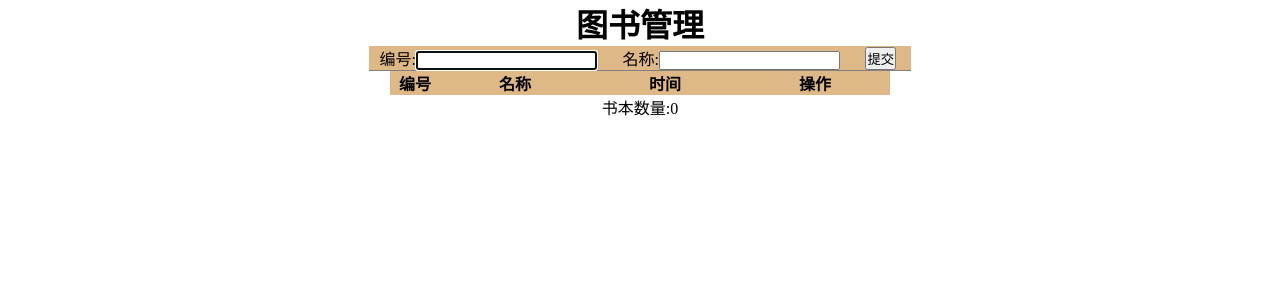
Repository: chenguocan/Vue_axios
Page: mybook/public/books.html
These files come from the project's save history. The page is drawn as it stood at one moment and after a run of saves; the edit follows.
The browser window is 1280 px wide. The pictures show the whole page.
The page's requests for data from a server got no answer.

Above is the page before, as saved 2020-07-25 15:30:17.
Console error: ReferenceError: alter is not defined

### mybook/public/books.html
<!DOCTYPE html>
<html lang="en">
  <head>
    <meta charset="UTF-8" />
    <meta name="viewport" content="width=device-width, initial-scale=1.0" />
    <title>Document</title>
    <link rel="stylesheet" type="text/css" href="css/index.css" />
  </head>
  <body>
    <div id="app">
      <div class="book">
        <h1>图书管理</h1>
        <div class="user">
          <table>
            <tr>
              <td>
                编号:<input
                  type="text"
                  name="id"
                  v-model="addid"
                  v-bind:disabled="flag"
                  v-focus
                />
              </td>
              <td>
                名称:<input
                  type="text"
                  name="bookname"
                  v-model.lazy="addbook"
                />
              </td>
              <td>
                <button v-on:click="AddBook" v-bind:disabled="btn">提交</button>
                <p>{{tip}}</p>
              </td>
            </tr>
          </table>
        </div>
        <div class="bookmsg">
          <table>
            <thead>
              <tr>
                <th width="50">编号</th>
                <th width="150">名称</th>
                <th width="150">时间</th>
                <th width="150">操作</th>
              </tr>
            </thead>
            <tbody>
              <tr :key="item.id" v-for="(item,index) in book">
                <td>{{item.id}}</td>
                <td>{{item.name}}</td>
                <td>{{item.date | format('yyyy-MM-DD hh:mm:ss')}}</td>
                <td>
                  <a href="#" @click.prevent="revise(index)">修改</a>|<a
                    href=""
                    @click.prevent="del(index)"
                    >删除</a
                  >
                </td>
              </tr>
            </tbody>
          </table>
        </div>
        <div><span>书本数量:{{caculatorBook}}</span></div>
      </div>
    </div>
  </body>
  <script src="./js/vue.js"></script>
  <script src="./js/axios.js"></script>
  <script>
    //设置基准地址
    axios.defaults.baseURL = "http://localhost:3000";
    //设置拦截器
    axios.interceptors.response.use(
      function (res) {
        return res.data;
      },
      function (error) {
        alter("数据出错");
      }
    );
    Vue.directive("focus", {
      inserted: function (el) {
        el.focus();
        //console.log(el);
      },
    });
    Vue.filter("format", function (value, arg) {
      function dateFormat(date, format) {
        if (typeof date === "string") {
          var mts = date.match(/(\/Date\((\d+)\)\/)/);
          if (mts && mts.length >= 3) {
            date = parseInt(mts[2]);
          }
        }
        date = new Date(date);
        if (!date || date.toUTCString() == "Invalid Date") {
          return "";
        }
        var map = {
          M: date.getMonth() + 1, //月份
          d: date.getDate(), //日
          h: date.getHours(), //小时
          m: date.getMinutes(), //分
          s: date.getSeconds(), //秒
          q: Math.floor((date.getMonth() + 3) / 3), //季度
          S: date.getMilliseconds(), //毫秒
        };

        format = format.replace(/([yMdhmsqS])+/g, function (all, t) {
          var v = map[t];
          if (v !== undefined) {
            if (all.length > 1) {
              v = "0" + v;
              v = v.substr(v.length - 2);
            }
            return v;
          } else if (t === "y") {
            return (date.getFullYear() + "").substr(4 - all.length);
          }
          return all;
        });
        return format;
      }
      return dateFormat(value, arg);
    });
    let app = new Vue({
      el: "#app",
      data: {
        flag: false,
        tip: "",
        addbook: "",
        addid: "",
        btn: false,
        book: [],
      },
      methods: {
        //添加图书
        //通过创建一个对象,把一整个对象push到数组当中
        AddBook: function (value) {
          //Vue.set(this.book, this.book[4].id, this.addid);
          if (this.flag) {
            this.book.some((item) => {
              if (item.id == this.addid) {
                item.bookname = this.addbook;
                return true; //终止遍历
                this.flag = false;
              }
            });
          } else {
            var ab = {};
            ab.id = this.addid;
            ab.bookname = this.addbook;
            ab.date = "2018-01-01";
            this.book.push(ab);
          }
          // 清空表单
          this.id = "";
          this.bookname = "";
          //Vue.set(this.book, this.book[1], this.bookname);
          //console.log(this.book[1].bookname);
          // console.log(this.book[addid].id);
        },
        del: function (index) {
          this.book.splice(index, 1);
        },
        revise: function (index) {
          this.flag = true;
          // if (this.addid === this.book.length) {
          //     var ab = {};
          //     console.log(this.addid);
          //     ab.id = this.addid;
          //     ab.bookname = this.addbook;
          //     ab.date = "2018-01-01";
          //     this.book.push(ab);
          //   }
          this.addid = this.book[index].id;
          this.addbook = this.book[index].bookname;
        },
        queryData: async function () {
          // var ret = await axios.get("/books");
          // this.book = ret;
          this.book = await axios.get("/books");
        },
      },
      //计算属性
      computed: {
        //计算图书数量
        caculatorBook: function () {
          return this.book.length;
        },
      },
      //侦听器
      watch: {
        addbook: function (val) {
          //验证图书名称是否已经存在
          var flag = this.book.some(function (item) {
            return item.bookname == val;
          });
          if (flag) {
            //图书名称存在
            this.btn = true;
          } else {
            //图书名称不存在
            this.btn = false;
          }
        },
      },
      mounted: function () {
        //该声明周期钩子函数被触发的时候,模板已经可以使用了
        //一般此时用于获取后台数据,然后把数据填充到模板
        // axios.get("/books").then((data) => {
        //   console.log(data.data);
        //   this.book = data.data;
        // });
        // async function queryData() {
        //   var ret = await axios.get("/books");
        //   return ret;
        // }
        this.queryData();
      },
    });
  </script>
</html>

### mybook/public/css/index.css
* {
  margin: 0;
  padding: 0;
  box-sizing: border-box;
}
.book {
  text-align: center;
}
.user {
  display: flex;
  justify-content: center;
}
.user table {
  border-bottom: 1px solid gray;
}
table {
  border-collapse: collapse;
}
th {
  background-color: burlywood;
}
.user td {
  padding: 0 15px 0 10.5px;
  background-color: burlywood;
}
td {
  border-collapse: collapse;
}
.bookmsg {
  display: flex;
  justify-content: center;
}

Loaded but not shown: mybook/public/js/vue.js (library); mybook/public/js/axios.js (1660 lines, source omitted)

After the next 2 saves:
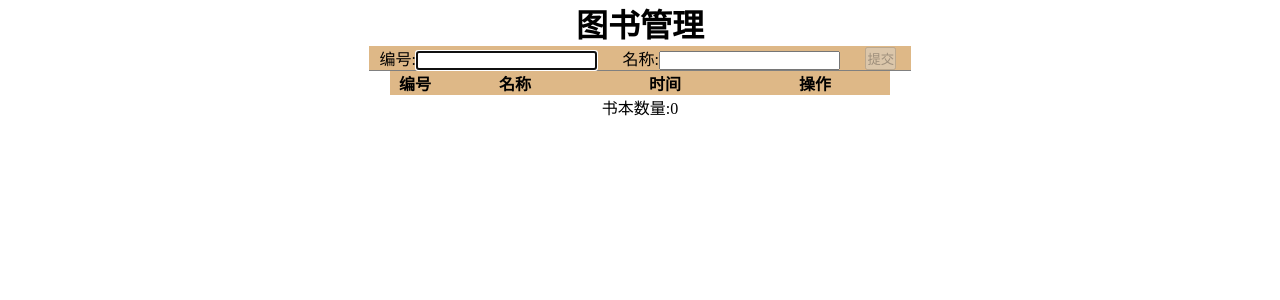
The 2 saves are shown as one change because they came seconds apart.
The last was saved 2 min 57 s later.
--- a/mybook/public/books.html
+++ b/mybook/public/books.html
@@ -30,7 +30,13 @@
                 />
               </td>
               <td>
-                <button v-on:click="AddBook" v-bind:disabled="btn">提交</button>
+                <button
+                  v-on:click="AddBook"
+                  v-bind:disabled="btn"
+                  disabled="true"
+                >
+                  提交
+                </button>
                 <p>{{tip}}</p>
               </td>
             </tr>

After the 2 saves that followed:
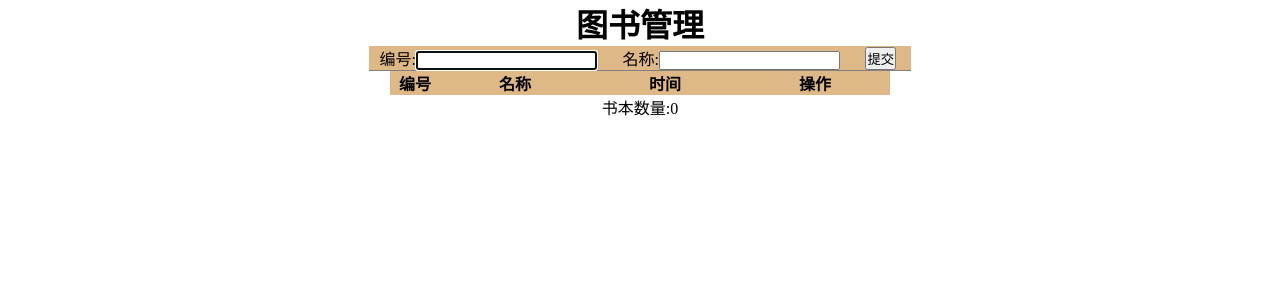
The 2 saves are shown as one change because 1 left the picture as it was.
The last was saved 2 min 29 s later.
--- a/mybook/public/books.html
+++ b/mybook/public/books.html
@@ -30,13 +30,7 @@
                 />
               </td>
               <td>
-                <button
-                  v-on:click="AddBook"
-                  v-bind:disabled="btn"
-                  disabled="true"
-                >
-                  提交
-                </button>
+                <button v-on:click="AddBook" v-bind:disabled="btn">提交</button>
                 <p>{{tip}}</p>
               </td>
             </tr>
